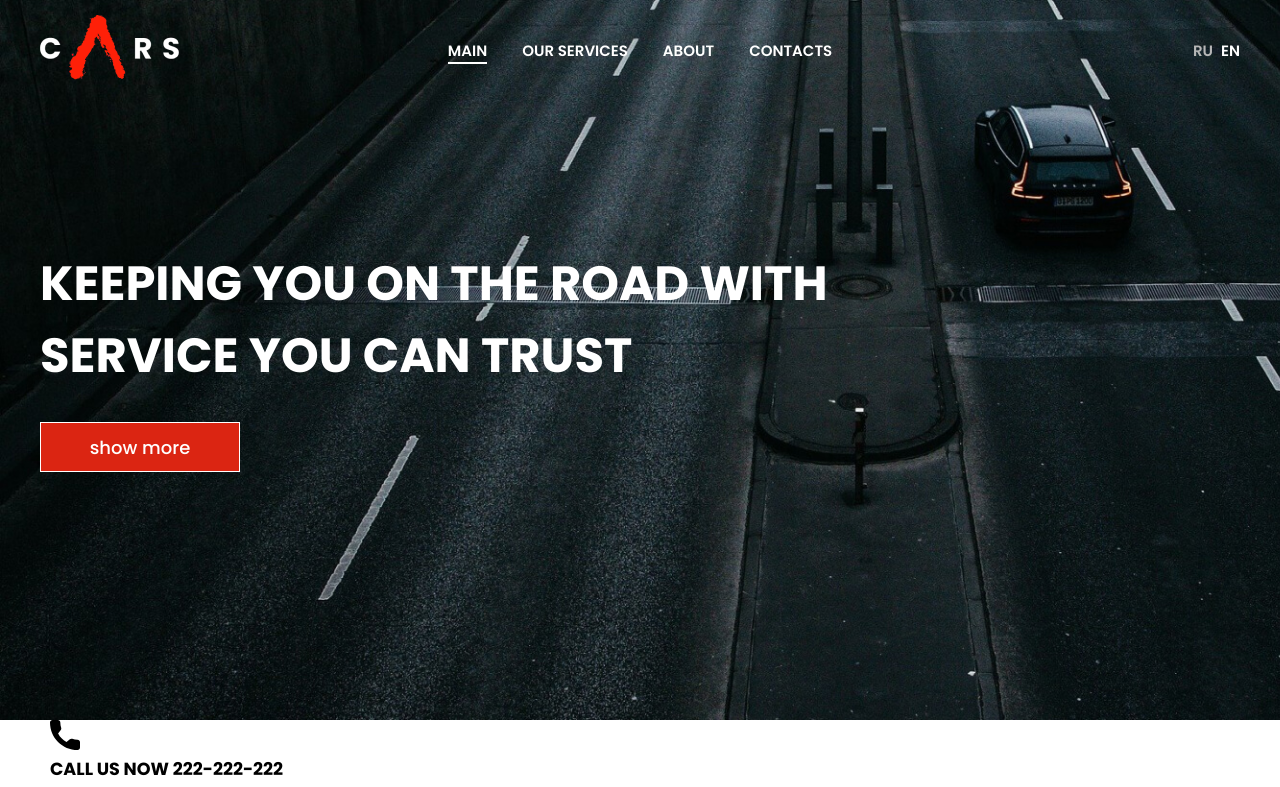
Repository: Earn1ll/car_repair
Page: index.html
An editor plug-in stored every save of this project. The page is shown before and after the next save, followed by the edit.
The browser window is 1280 px wide. The pictures show the whole page.

Above is the page before, as saved 2022-09-18 16:01:19.

After the next save:
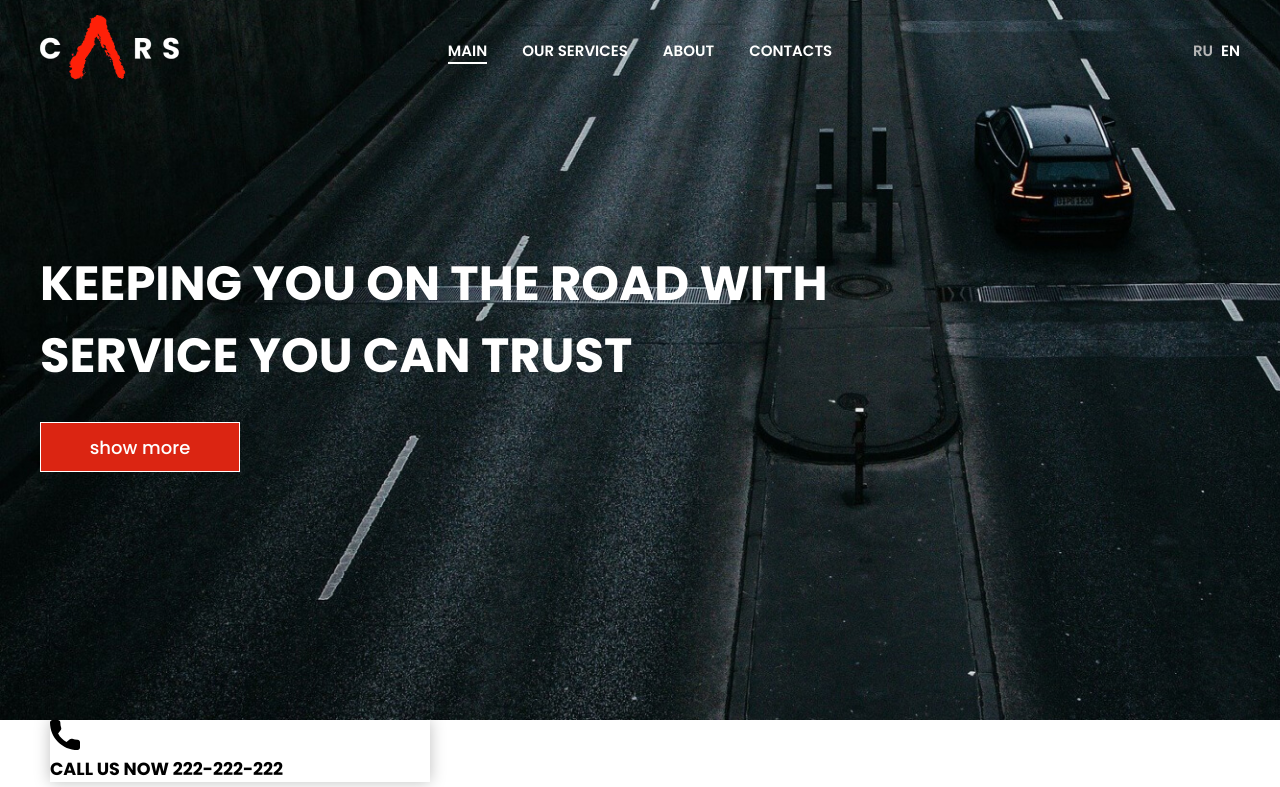
Saved 36 s later.
--- a/css/style.css
+++ b/css/style.css
@@ -194,6 +194,7 @@
 
 .info__item {
     background-color: #fff;
+    box-shadow: 0px 0px 15px rgba(0, 0, 0, 0.25);
 }
 
 .info__img {
